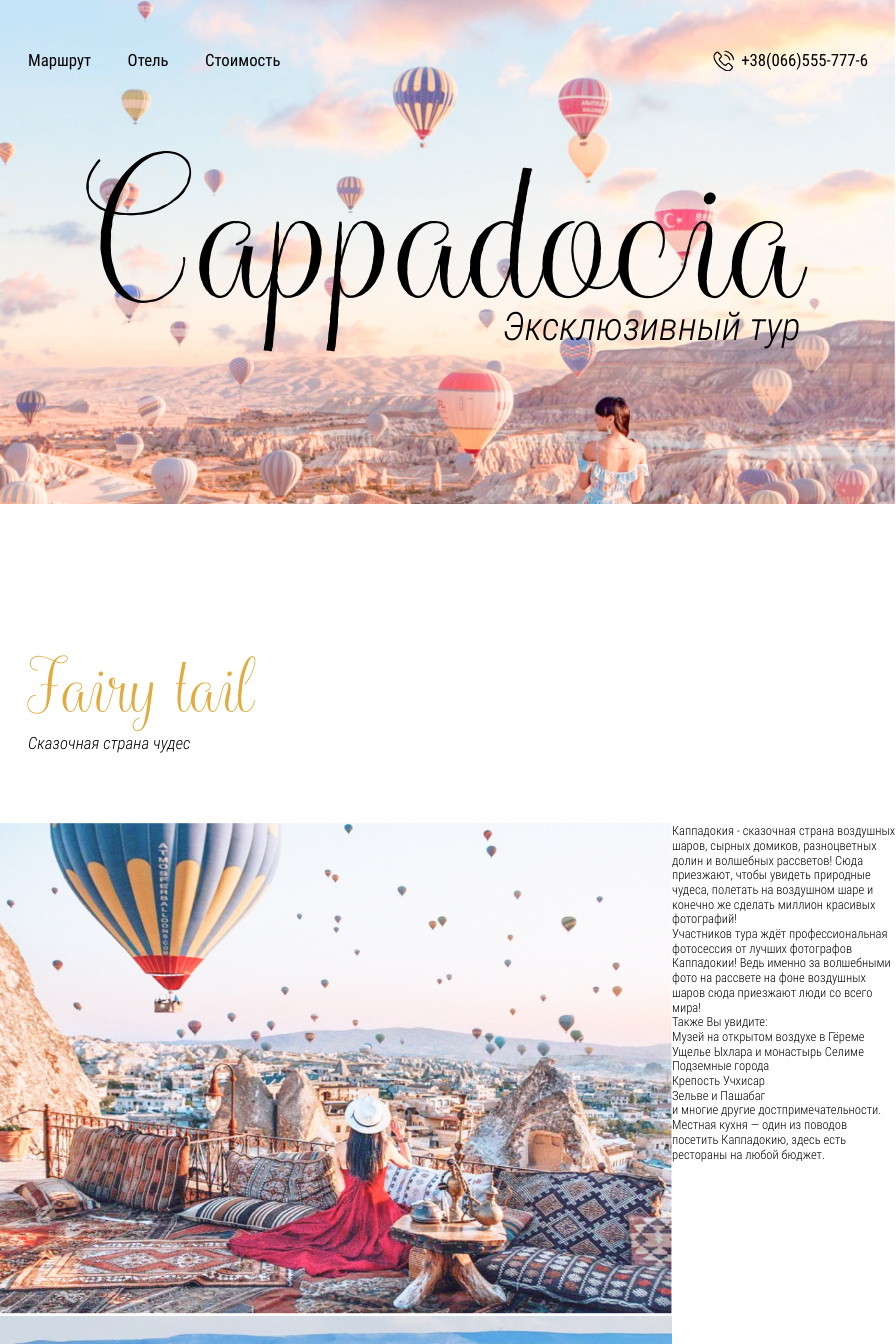
Repository: Lareeman/cappadocia
Page: index.html
An editor plug-in stored every save of this project. The page is shown before and after a run of saves, followed by the edit.
The browser window is 1280 px wide. The pictures show the part of the page from y = 0 to 1920 px (the page is 3488 px tall), at 70% of full size.

Above is the page before, as saved 2024-01-27 12:06:35.

### index.html
<!DOCTYPE html>
<html lang="en">

<head>
  <meta charset="UTF-8">
  <meta name="viewport" content="width=device-width, initial-scale=1.0">
  <meta http-equiv="X-UA-Compatible" content="ie=edge">
  <title>Cappadocia</title>
  <link rel="stylesheet" href="css/reset.css">
  <link rel="stylesheet" href="css/slick.css">
  <link rel="stylesheet" href="css/style.css">
</head>

<body>
  <header class="header">
    <div class="container">
      <div class="header__top">
        <nav class="menu">
          <ul class="menu__list">
            <li class="menu__item"><a class="menu__link" href="#">Маршрут</a></li>
            <li class="menu__item"><a class="menu__link" href="#">Отель</a></li>
            <li class="menu__item"><a class="menu__link" href="#">Стоимость</a></li>
          </ul>
        </nav>
        <a class="header__phone" href="tel:+380665557776">+38(066)555-777-6</a>
      </div>
      <h1 class="header__title">Cappadocia<span>Эксклюзивный тур</span></h1>
    </div>
  </header>
  <section class="fairy page-section">
    <div class="container">
      <h3 class="fairy__title title">Fairy tail
        <span>Сказочная страна чудес</span>
      </h3>
    </div>
    <div class="fairy__inner">
      <div class="fairy__slider">
        <div class="fairy__item"><img src="images/fairy-1.jpg" alt=""></div>
        <div class="fairy__item"><img src="images/fairy-2.jpg" alt=""></div>
        <div class="fairy__item"><img src="images/fairy-3.jpg" alt=""></div>
      </div>
      <div class="fairy__content">
        <div class="fairy__container">
          <div class="fairy__body">
            <p class="fairy__text">
              Каппадокия - сказочная страна воздушных шаров, сырных домиков, разноцветных долин и волшебных рассветов!
              Сюда приезжают, чтобы увидеть природные чудеса, полетать на воздушном шаре и конечно же сделать миллион красивых фотографий!
            </p>
            <p class="fairy__text">
              Участников тура ждёт профессиональная фотосессия от лучших фотографов Каппадокии!
              Ведь именно за волшебными фото на рассвете на фоне воздушных шаров сюда приезжают люди со всего мира!
            </p>
            <div class="fairy__body-title">
              Также Вы увидите:
            </div>
            <ul class="fairy__list">
              <li>Музей на открытом воздухе в Гёреме</li>
              <li>Ущелье Ыхлара и монастырь Селиме</li>
              <li>Подземные города</li>
              <li>Крепость Учхисар</li>
              <li>Зельве и Пашабаг</li>
            </ul>
            <p class="fairy__text">и многие другие достпримечательности.</p>
            <p class="fairy__text">Местная кухня — один из поводов посетить Каппадокию, здесь есть рестораны на любой бюджет.</p>
          </div>
        </div>
      </div>
    </div>
  </section>

  <script src="https://ajax.googleapis.com/ajax/libs/jquery/3.4.1/jquery.min.js"></script>
  <script src="js/slick.min.js"></script>
  <script src="js/main.js"></script>
</body>

</html>

### css/style.css
:root {
  --black: #000;
  --gold: #E2AB3F;
}

@font-face {
  font-family: 'Balqis';
  src: url('../fonts/balqis.woff2');
  src: url('../fonts/balqis.woff2') format('woff2'),
    url('../fonts/balqis.woff') format('woff');

  font-style: normal;
  font-weight: 300;
  font-display: swap;
}

@font-face {
  font-family: 'RobotoCondensed-Light';
  src: url('../fonts/RobotoCondensed-Light.woff2');
  src: url('../fonts/RobotoCondensed-Light.woff2') format('woff2'),
    url('../fonts/RobotoCondensed-Light.woff') format('woff');


  font-style: normal;
  font-weight: 300;
  font-display: swap;
}

@font-face {
  font-family: 'RobotoCondensed-LightItalic';
  src: url('../fonts/RobotoCondensed-LightItalic.woff2');
  src: url('../fonts/RobotoCondensed-LightItalic.woff2') format('woff2'),
    url('../fonts/RobotoCondensed-LightItalic.woff') format('woff');
  font-style: italic;
  font-weight: 300;
  font-display: swap;
}

@font-face {
  font-family: 'RobotoCondensed-Regular';
  src: url('../fonts/RobotoCondensed-Regular.woff2');
  src: url('../fonts/RobotoCondensed-Regular.woff2') format('woff2'),
    url('../fonts/RobotoCondensed-Regular.woff') format('woff');


  font-style: 400;
  font-weight: 300;
  font-display: swap;
}

html {
  box-sizing: border-box;
}

*,
*::before,
*::after {
  box-sizing: inherit;
}

a {
  text-decoration: none;
  color: inherit;
}

ul {
  list-style-type: none;
}

body {
  color: var(--black);
  font-family: 'RobotoCondensed-Light';
  font-size: 18px;
  font-style: normal;
  font-weight: 300;
  line-height: normal;
}

.header {
  background-image: url("../images/header-bg.jpg");
  background-size: cover;
  background-repeat: no-repeat;
  background-position: bottom center;
  min-height: 100vh;
  margin-bottom: 200px;
}

.container {
  max-width: 1230px;
  padding: 0 15px;
  margin: 0 auto;
}

.page-section {
  margin-bottom: 200px;
}

.title {
  color: var(--gold);
  font-family: Balqis;
  font-size: 96px;
  font-weight: 400;
}

.header__top {
  padding: 72px 0;
  display: flex;
  justify-content: space-between;
  align-items: center;
  font-size: 24px;
  font-weight: 400;
  font-family: 'RobotoCondensed-Regular';
}

.menu__list {
  display: flex;
  gap: 0 52px;
}

.menu__link {
  transition: all .6s;
}

.menu__link:hover {
  text-decoration: underline;
  /* border-bottom: 1px solid var(--black); */
}

.header__title {
  text-align: center;
  color: var(--black);
  font-family: "Balqis", serif;
  font-size: 250px;
  font-weight: 400;
}

.header__title span {
  text-align: right;
  margin-top: -6%;
  margin-right: 8%;
  display: block;
  font-family: 'RobotoCondensed-LightItalic';
  font-size: 56px;
  font-style: italic;
  font-weight: 300;
}

.header__phone {
  padding-left: 40px;
  position: relative;
}

.header__phone::before {
  content: "";
  position: absolute;
  width: 30px;
  height: 30px;
  left: 0;
  background-image: url('../images/phone-icon.svg');
}

.fairy {}


.fairy__title {
  margin-bottom: 100px;
}

.fairy__title span {
  display: block;
  color: var(--black);
  font-family: 'RobotoCondensed-LightItalic';
  font-size: 24px;
  font-style: italic;
  font-weight: 300;
}



.fairy__inner {
  display: flex;
}

.fairy__slider {}

.fairy__item {}

.fairy__content {}

.fairy__container {}

.fairy__body {}

.fairy__text {}

.fairy__body-title {}

.fairy__list {}

Loaded but not shown: css/reset.css (common file); css/slick.css (common file); js/slick.min.js (library); js/main.js (common file)

After the next 2 saves:
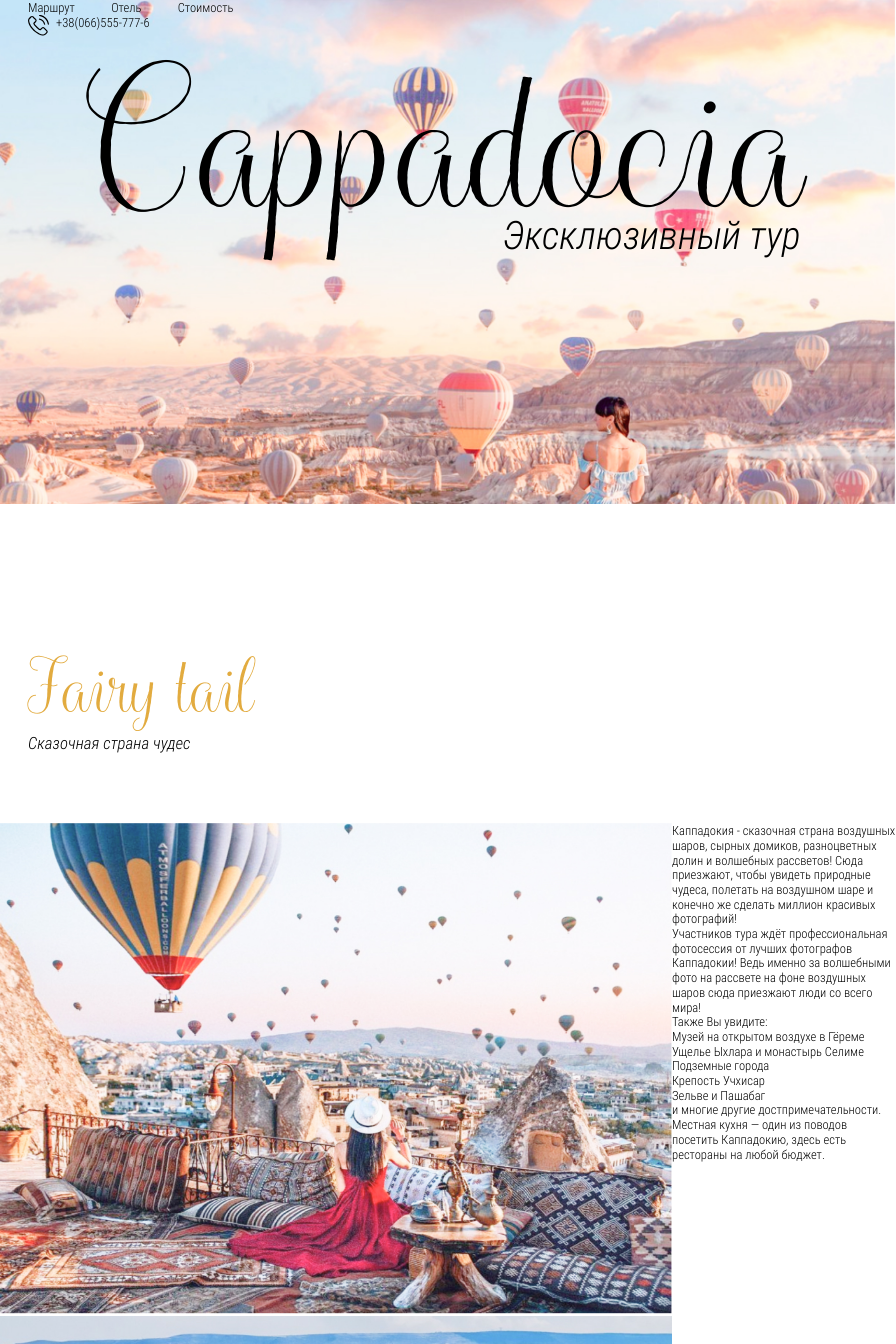
The 2 saves are shown as one change because they came seconds apart.
The last was saved 2 min 28 s later.
--- a/css/style.css
+++ b/css/style.css
@@ -101,6 +101,7 @@
   font-size: 96px;
   font-weight: 400;
 }
+.title
 
 .header__top {
   padding: 72px 0;

After the 6 saves that followed:
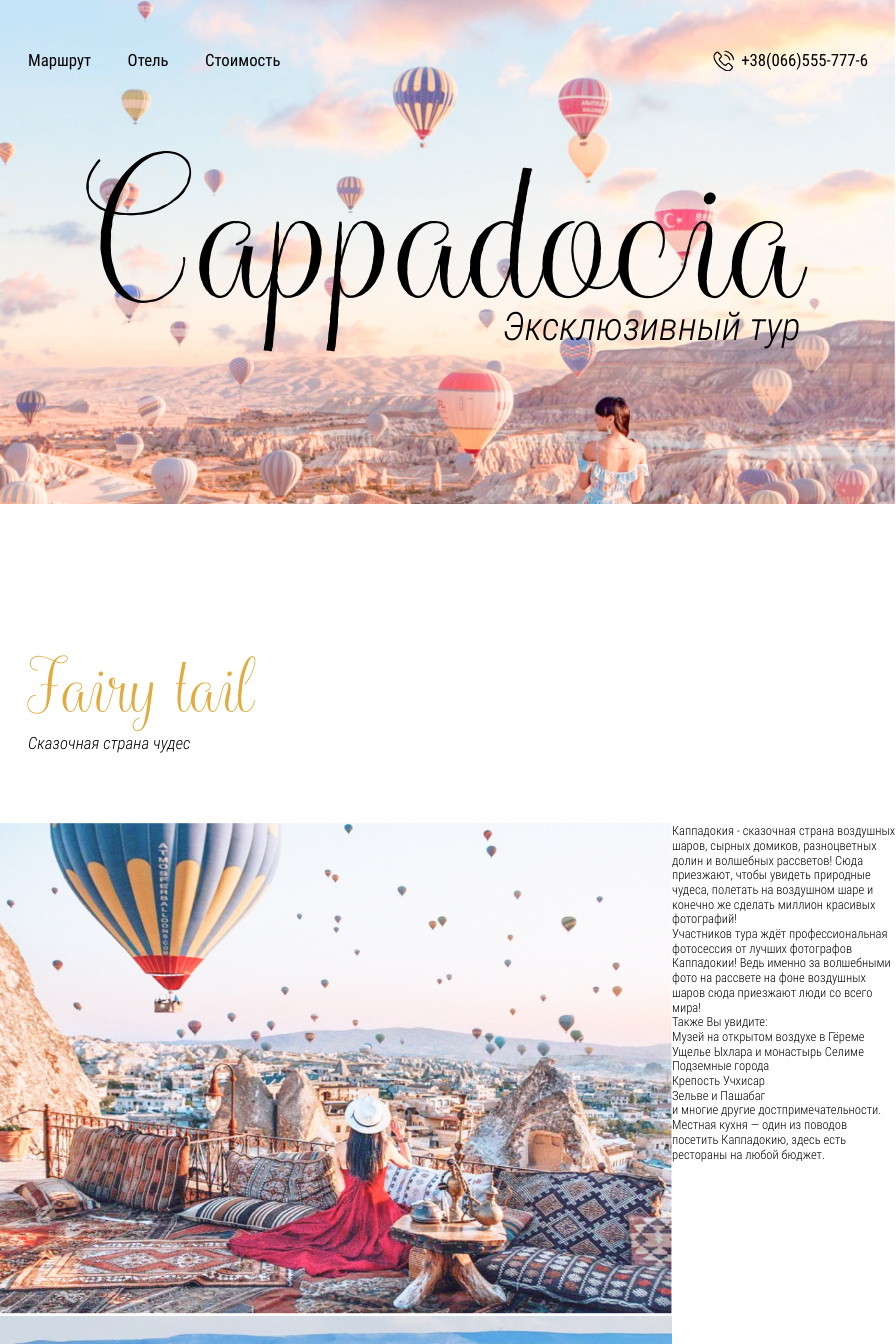
The 6 saves are shown as one change because they came seconds apart.
The last was saved 16 s later.
--- a/css/style.css
+++ b/css/style.css
@@ -101,7 +101,10 @@
   font-size: 96px;
   font-weight: 400;
 }
-.title
+.title span{
+  line-height: 28px;
+  font-size: 24px;
+}
 
 .header__top {
   padding: 72px 0;
